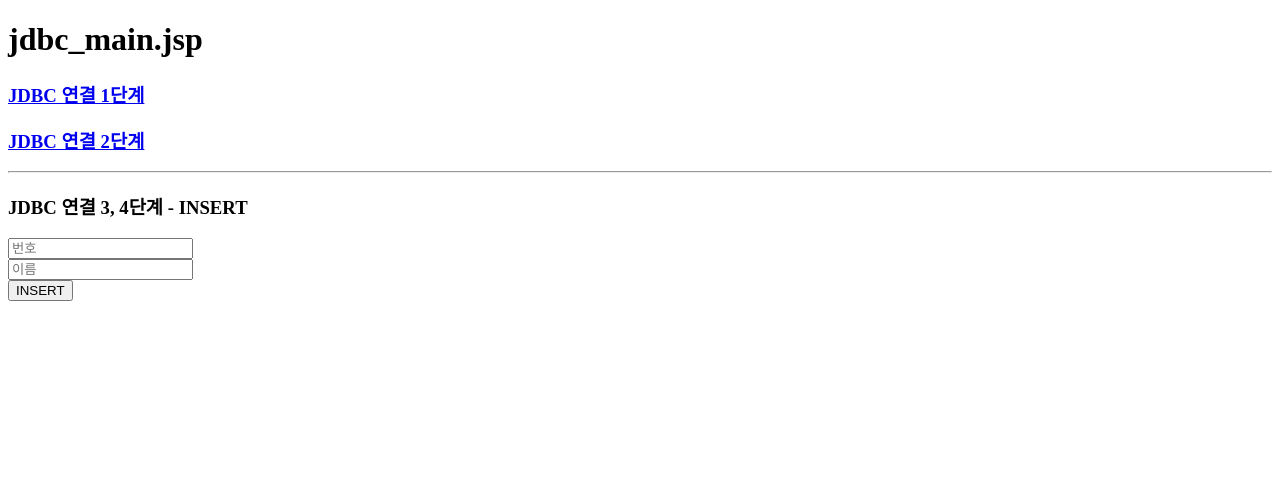
Repository: junesse-afk/ITJSP
Page: http://localhost/StudyJSP/jsp10_jdbc/jdbc_main.jsp
These files come from the project's save history. The page is drawn as it stood at one moment and after the next save; the edit follows.
The browser window is 1280 px wide. The pictures show the whole page.
The page is served by Tomcat 10.

Above is the page before, as saved 2024-11-27 04:01:07.

After the next save:
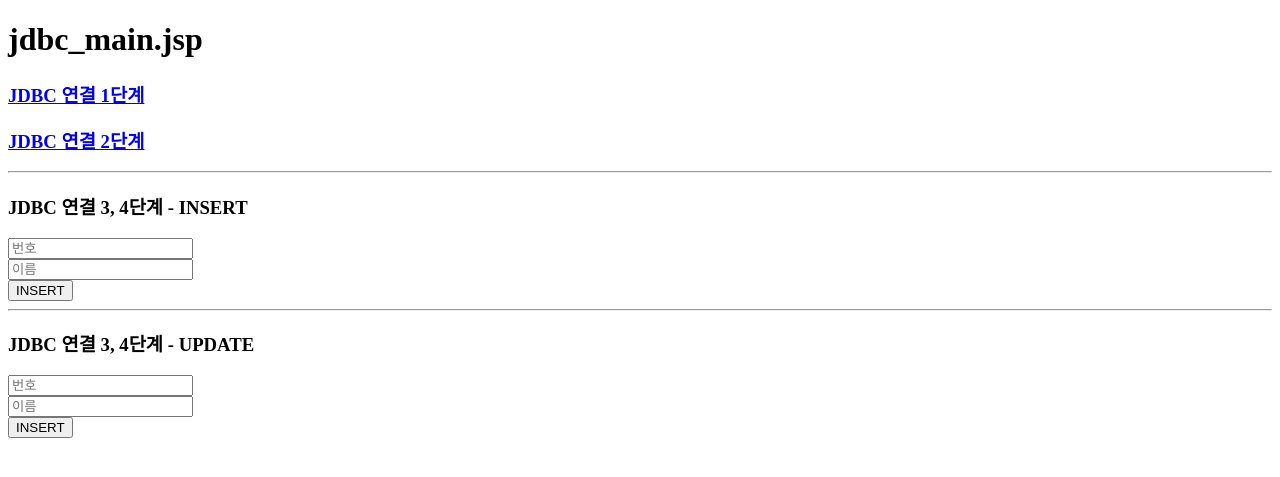
Saved 20 h 29 min later.
--- a/workspace_jsp/StudyJSP/src/main/webapp/jsp10_jdbc/jdbc_main.jsp
+++ b/workspace_jsp/StudyJSP/src/main/webapp/jsp10_jdbc/jdbc_main.jsp
@@ -19,8 +19,14 @@
 		<input type="text" name="name" placeholder="이름"><br>
 		<input type="submit" value="INSERT">
 	</form>
+	<hr>
 
-
+	<h3>JDBC 연결 3, 4단계 - UPDATE</h3>
+	<form action="connect3_insert.jdbc" method="post">
+		<input type="text" name="idx" placeholder="번호"><br>
+		<input type="text" name="name" placeholder="이름"><br>
+		<input type="submit" value="INSERT">
+	</form>
 
 
 </body>
